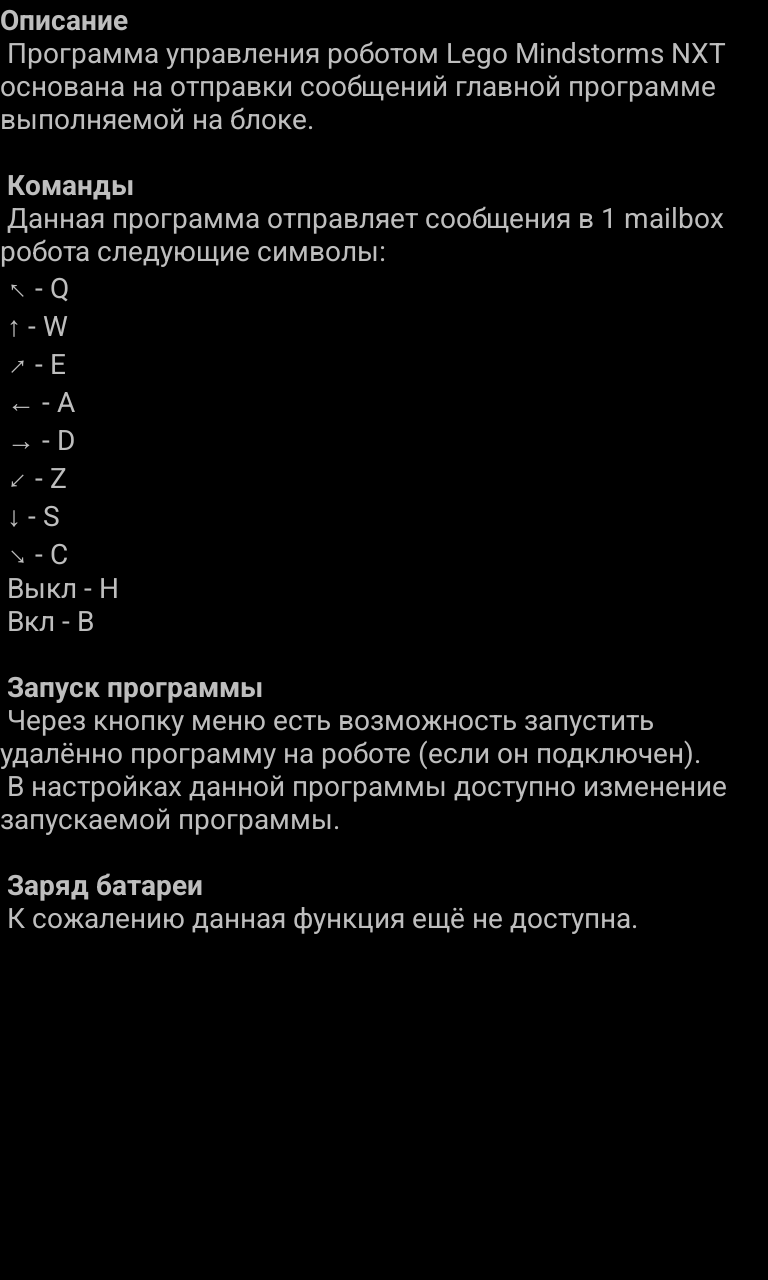
Repository: ssbayanov/panhandlerNXT
Layout: poproshaika/res/layout/help.xml
These files come from the project's save history. The layout is drawn as it stood at one moment and after the next save; the edit follows.
It is drawn on a 768 x 1280 px phone screen (xhdpi) without system bars, with theme android:Theme; the app's code is not run.

Above is the layout before, as saved 2012-11-06 07:11:37.

### poproshaika/res/layout/help.xml
<?xml version="1.0" encoding="utf-8"?>
<LinearLayout xmlns:android="http://schemas.android.com/apk/res/android"
    android:layout_width="fill_parent"
    android:layout_height="fill_parent"
    android:orientation="vertical"
    android:scrollX="true">

    <TextView
        android:id="@+id/help_content"
    	android:layout_width="fill_parent"
    	android:layout_height="fill_parent"
    	android:text="@string/help_content"
        android:gravity="top"
        >

        <requestFocus />
    </TextView>

</LinearLayout>

### poproshaika/res/values/strings.xml
<?xml version="1.0" encoding="utf-8"?>
<resources xmlns:xliff="urn:oasis:names:tc:xliff:document:1.2">

    <string name="app_name">Управление NXT</string>

    <!--  BluetoothChat -->
    <string name="send">Send</string>
    <string name="not_connected">Устройство не подключено</string>
    <string name="bt_not_enabled">Bluetooth выключен.\n Включите его для работы</string>
    <string name="bt_enabled">Bluetooth включен</string>
    <string name="bt_not_supported">Bluetooth не поддерживается</string>
    <string name="title_connecting">Соединение&#8230;</string>
    <string name="title_connected_to">Соединение с <xliff:g id="device_name">%1$s</xliff:g></string>
    <string name="title_not_connected">Не удалось подключиться</string>
    <string name="title_connection_close">Соединение разорвоно</string>


    <!--  DeviceListActivity -->
    <string name="scanning">Сканируем устройства&#8230;</string>
    <string name="select_device">Выберите устройство для соединения</string>
    <string name="none_paired">Нет соединённых устройств</string>
    <string name="none_found">Устройства не найдены</string>
    <string name="button_scan">Найти устройства</string>
    <string name="connected_devices">Подключенные устройства</string>
    <string name="descovered_devices">Найденные устройства</string>

    <!-- Options Menu -->
    <string name="secure_connect">Подключить устройсто</string>
    <string name="run_programm">Запустить программу</string>
    <string name="disconnect">Отключить устройсто</string>
    <string name="discoverable">Сделать видимым</string>
    <string name="help">Помощь</string>

    <!-- Main Layout -->
    <string name="main_title">Программа управления NXT v1.1</string>
    <string name="robot_name">Имя робота</string>
    <string name="foward_left">↖</string>
    <string name="foward">↑</string>
    <string name="foward_right">↗</string>
    <string name="left">←</string>
    <string name="button_scan_off">Выкл</string>
    <string name="button_scan_on">Вкл</string>
    <string name="right">→</string>
    <string name="backward_left">↙</string>
    <string name="backward">↓</string>
    <string name="backward_right">↘</string>

    <!-- Preferances -->
    <string name="preferences">Настройки</string>
    <string name="summary_preferences">Общие</string>
    <string name="title_preference_show_battery">Отобразить заряд баттареи</string>
    <string name="summary_on_preference_show_battery">Отображается</string>
    <string name="summary_off_preference_show_battery">Не отображается</string>
    <string name="robot_preferences">Робот</string>
    <string name="title_preference_name_program">Имя программы</string>
    <string name="title_preference_summary_name_program">Введите имя программы которую требуется запустить на роботе</string>
    <string name="preference_edit_this_text">Имя программы</string>

    <!--  Help  -->
    <string name="help_content">
<b>Описание</b>\n
Программа управления роботом Lego Mindstorms NXT основана на отправки сообщений главной программе выполняемой на блоке.\n\n
<b>Команды</b>\n
Данная программа отправляет сообщения в 1 mailbox робота следующие символы:\n
 ↖ - Q\n
↑ - W\n
 ↗ - E\n
← - A\n
→ - D\n
↙ - Z\n
↓ - S\n
↘ - C\n
Выкл - H\n
Вкл - B\n\n
<b>Запуск программы</b>\n
Через кнопку меню есть возможность запустить удалённо программу на роботе (если он подключен).\n
В настройках данной программы доступно изменение запускаемой программы.\n\n
<b>Заряд батареи</b>\n
К сожалению данная функция ещё не доступна.
</string>
</resources>

After the next save:
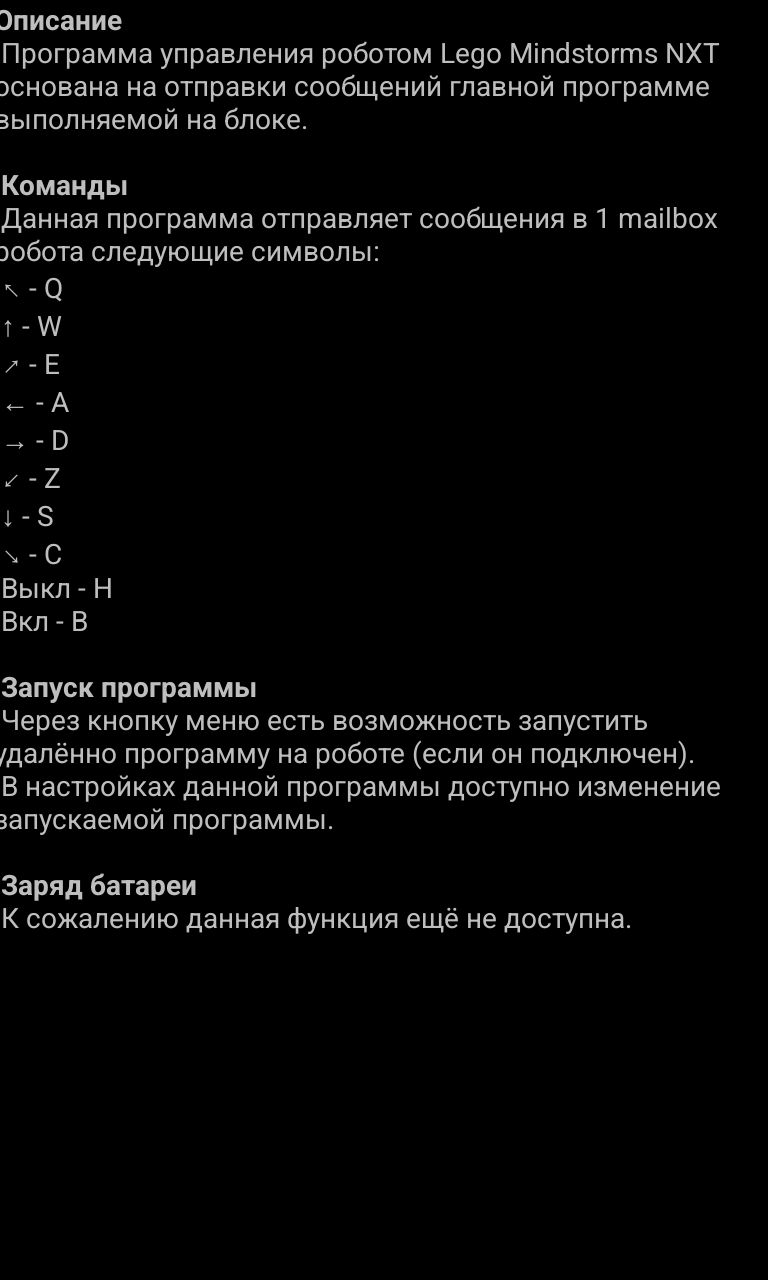
Saved 92 s later.
--- a/poproshaika/res/layout/help.xml
+++ b/poproshaika/res/layout/help.xml
@@ -3,7 +3,7 @@
     android:layout_width="fill_parent"
     android:layout_height="fill_parent"
     android:orientation="vertical"
-    android:scrollX="true">
+    android:scrollX="3">
 
     <TextView
         android:id="@+id/help_content"

After the save that followed:
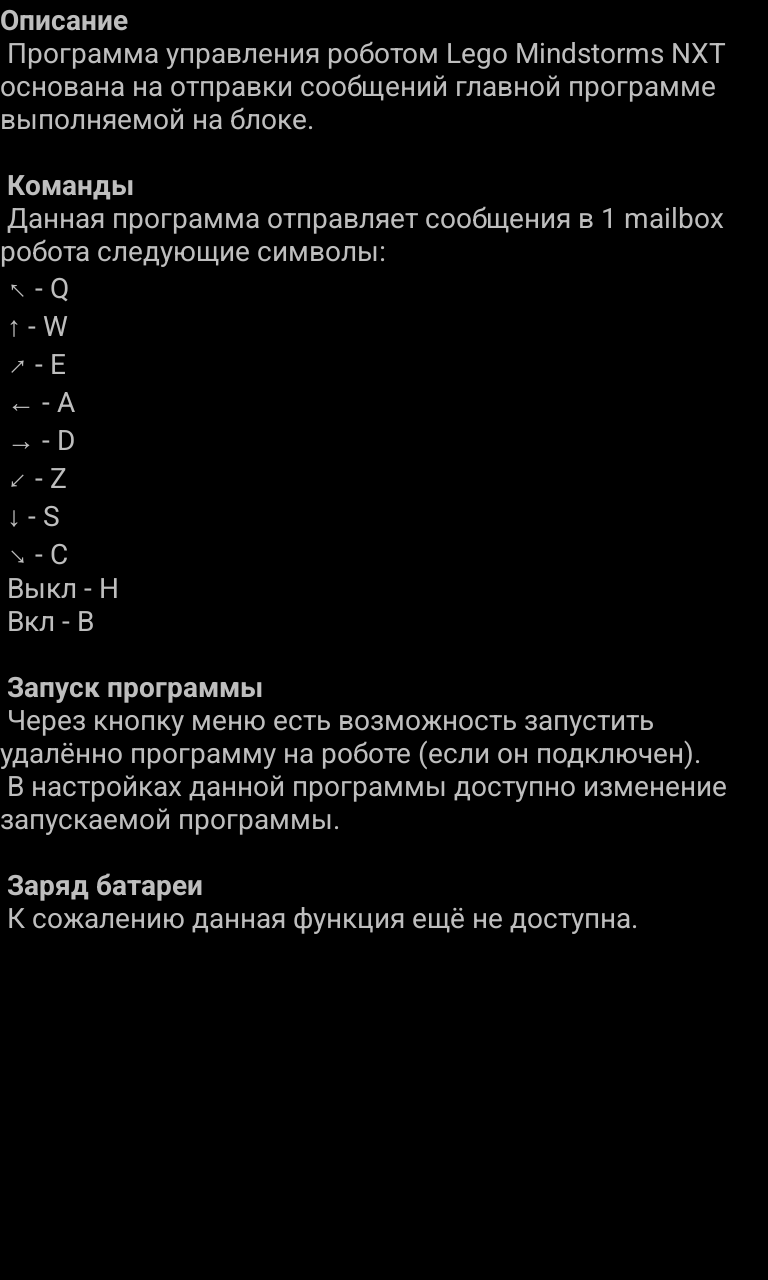
Saved 14 s later.
--- a/poproshaika/res/layout/help.xml
+++ b/poproshaika/res/layout/help.xml
@@ -3,7 +3,7 @@
     android:layout_width="fill_parent"
     android:layout_height="fill_parent"
     android:orientation="vertical"
-    android:scrollX="3">
+    android:scrollX="yes">
 
     <TextView
         android:id="@+id/help_content"
